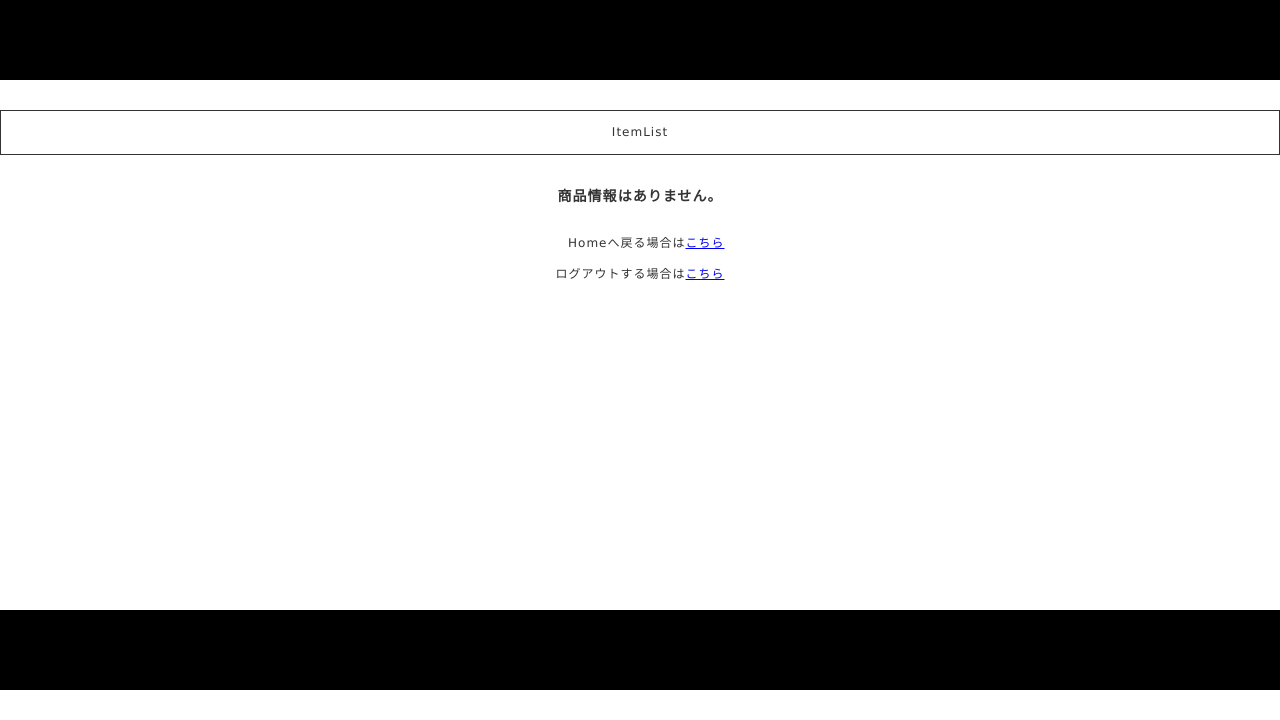
Repository: hirose0320/test
Page: http://localhost/ecsite2/ItemListAction.action
An editor plug-in stored every save of this project. The page is shown before and after the next save, followed by the edit.
The browser window is 1280 px wide. The pictures show the whole page.
The page is served by Tomcat 9.

Above is the page before, as saved 2019-03-06 05:23:10.

After the next save:
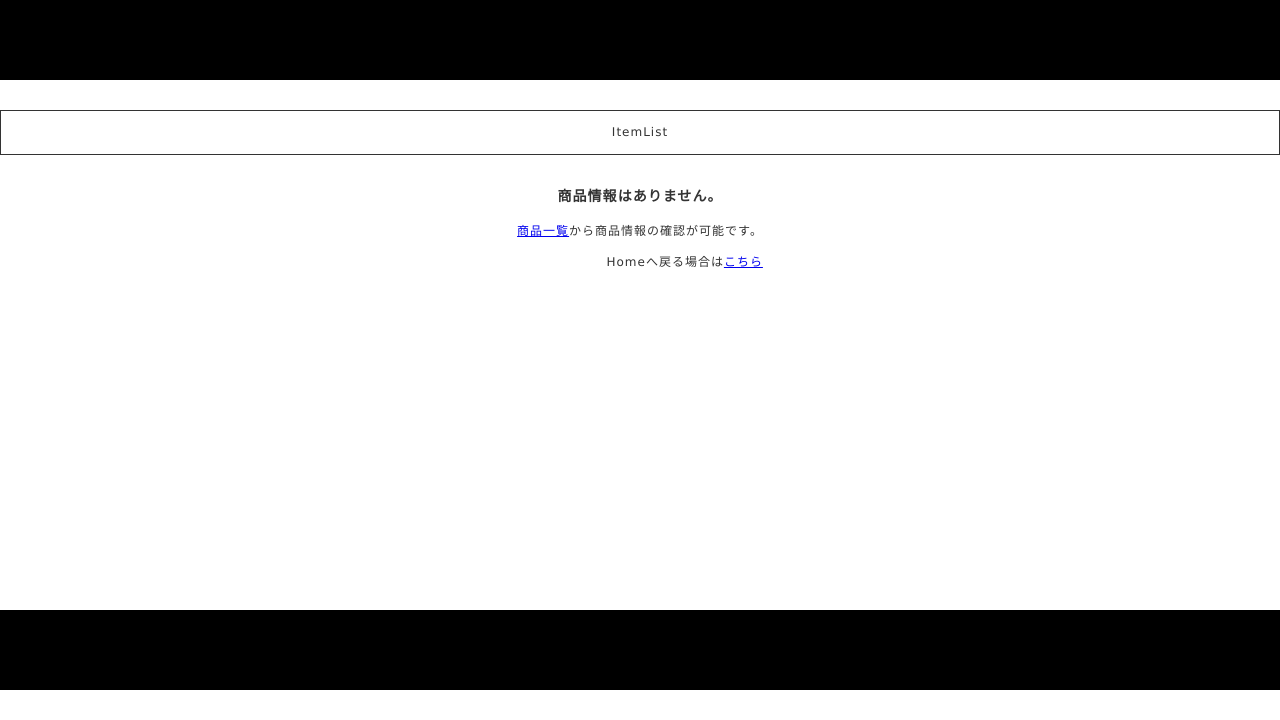
Saved 100 s later.
--- a/ecsite2/WebContent/itemList.jsp
+++ b/ecsite2/WebContent/itemList.jsp
@@ -101,12 +101,12 @@
 				</h3>
 			</s:if>
 			<div id="text-right">
+			<div>
+				<a href='<s:url action="ItemListAction"/>'>商品一覧</a><span>から商品情報の確認が可能です。</span>
 				<p>
-					Homeへ戻る場合は<a href='<s:url action="GoHomeAction"/>'>こちら</a>
+					Homeへ戻る場合は<a href='<s:url action="GoHomeAction" />'>こちら</a>
 				</p>
-				<p>
-					ログアウトする場合は<a href='<s:url action="LogoutAction"/>'>こちら</a>
-				</p>
+			</div>
 
 			</div>
 

After the save that followed:
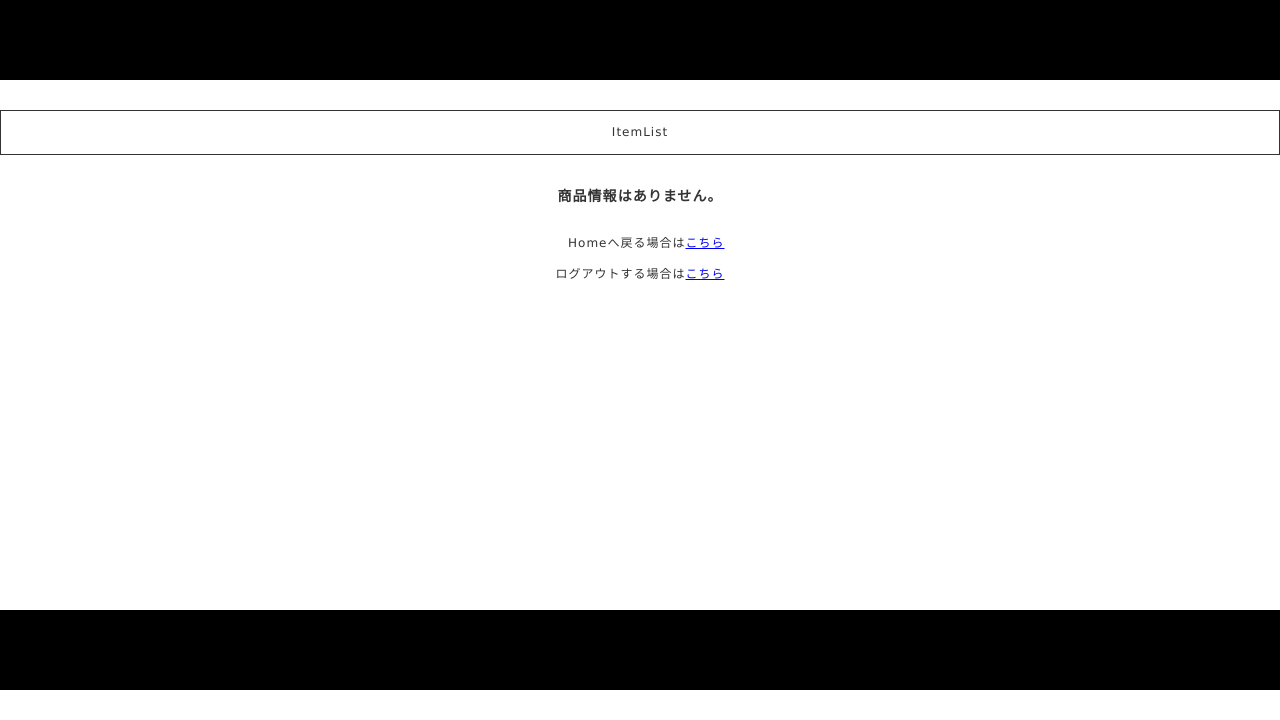
Saved 97 s later.
--- a/ecsite2/WebContent/itemList.jsp
+++ b/ecsite2/WebContent/itemList.jsp
@@ -101,12 +101,12 @@
 				</h3>
 			</s:if>
 			<div id="text-right">
-			<div>
-				<a href='<s:url action="ItemListAction"/>'>商品一覧</a><span>から商品情報の確認が可能です。</span>
 				<p>
-					Homeへ戻る場合は<a href='<s:url action="GoHomeAction" />'>こちら</a>
+					Homeへ戻る場合は<a href='<s:url action="GoHomeAction"/>'>こちら</a>
 				</p>
-			</div>
+				<p>
+					ログアウトする場合は<a href='<s:url action="LogoutAction"/>'>こちら</a>
+				</p>
 
 			</div>
 
